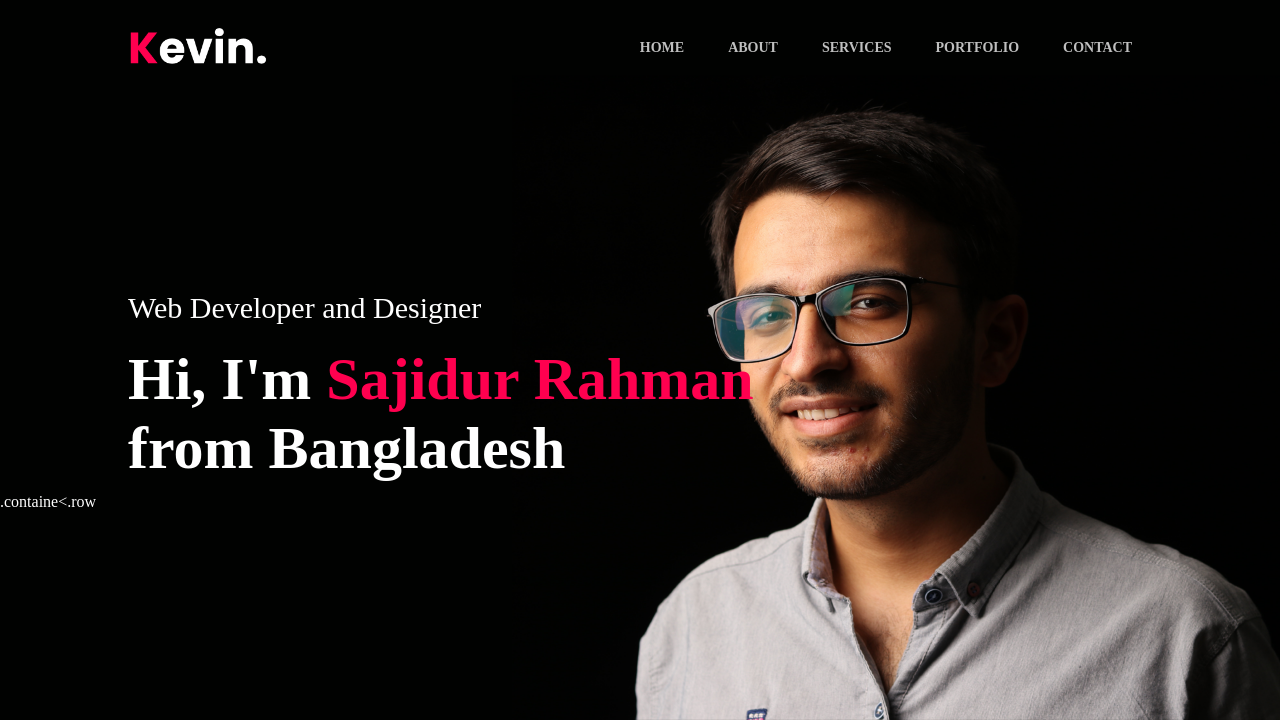
Repository: devsajid/Portfolio-website-with-HTML-CSS-JS
Page: index.html
The author's editor kept a copy of each file at every save. The page is drawn from the files as they stood at one save, then again after a run of saves.
The browser window is 1280 px wide. The pictures show the whole page.

Above is the page before, as saved 2022-12-11 04:46:37.

### index.html
<!DOCTYPE html>
<html lang="en">
<head>
    <meta charset="UTF-8">
    <meta http-equiv="X-UA-Compatible" content="IE=edge">
    <meta name="viewport" content="width=device-width, initial-scale=1.0">
    <link rel="stylesheet" href="style.css">
    <title>My Portfolio Website</title>
</head>
<body>
    <div id="header">
        <div class="container">
        <nav>
            <img src="images/logo.png" class="logo" alt="logo">
            <ul>
                <li><a href="#"class="nav-link nav-link-ltr"> Home</a></li>
                <li><a href="#"class="nav-link nav-link-ltr"> About</a></li>
                <li><a href="#"class="nav-link nav-link-ltr"> Services</a></li>
                <li><a href="#"class="nav-link nav-link-ltr"> Portfolio</a></li>
                <li><a href="#"class="nav-link nav-link-ltr"> Contact</a></li>
            </ul>

        </nav><div class="header-text"><p>Web Developer and Designer</p><h1>Hi, I'm <span> Sajidur Rahman</span> <br> from Bangladesh</h1></div>
    </div><div id="about">.containe<.row</div>
</div>
</body>
</html>

### style.css
* {
  margin: 0;
  padding: 0;
  font-family: sen-serif;
  box-sizing: border-box;
}
body {
  background: #080808;
  color: #fff;
}
#header {
  width: 100%;
  height: 100vh;
  background-image: url(images/background.png);
  background-size: cover;
  background-position: center;
}
.container {
  padding: 10px 10%;
}
nav {
  display: flex;
  align-items: center;
  justify-content: space-between;
  flex-wrap: wrap;
}
.logo {
  width: 140px;
}
nav ul li {
  display: inline-block;
  list-style: none;
  margin: 10px 20px;
}
.nav-link {
  font-weight: bold;
  font-size: 14px;
  text-transform: uppercase;
  text-decoration: none;
  color: #fff;
  padding: 20px 0px;

  display: inline-block;
  position: relative;
  opacity: 0.75;
}

.nav-link:hover {
  opacity: 1;
}

.nav-link::before {
  transition: 300ms;
  height: 5px;
  content: "";
  position: absolute;
  background-color: #ff004f;
}

.nav-link-ltr::before {
  width: 0%;
  bottom: 10px;
}

.nav-link-ltr:hover::before {
  width: 100%;
}
.header-text {
  margin-top: 20%;
  font-size: 30px;
}
.header-text h1 {
  font-size: 60px;
  margin-top: 20px;
}
.header-text h1 span {
  color: #ff004f;
}

After the next 2 saves:
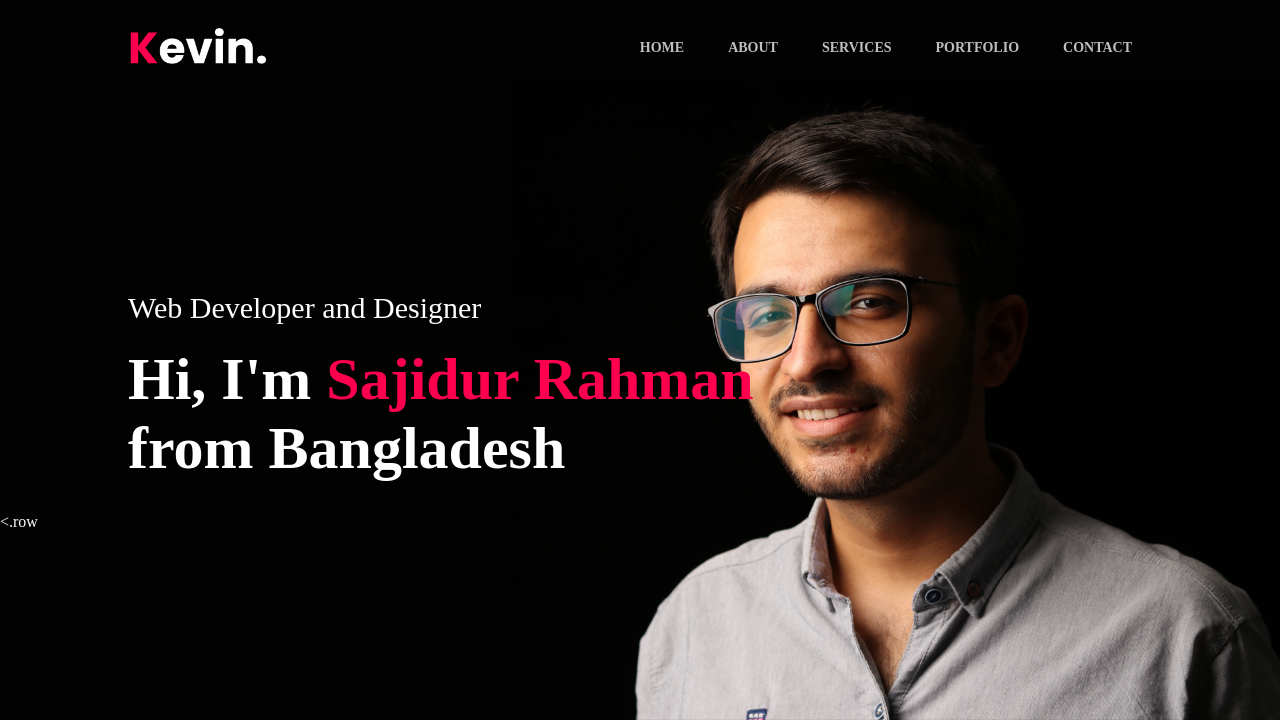
The 2 saves are shown as one change because they came seconds apart.
The last was saved 9 s later.
--- a/index.html
+++ b/index.html
@@ -21,7 +21,7 @@
             </ul>
 
         </nav><div class="header-text"><p>Web Developer and Designer</p><h1>Hi, I'm <span> Sajidur Rahman</span> <br> from Bangladesh</h1></div>
-    </div><div id="about">.containe<.row</div>
+    </div><div id="about"><div class="container"></div><.row</div>
 </div>
 </body>
 </html>
